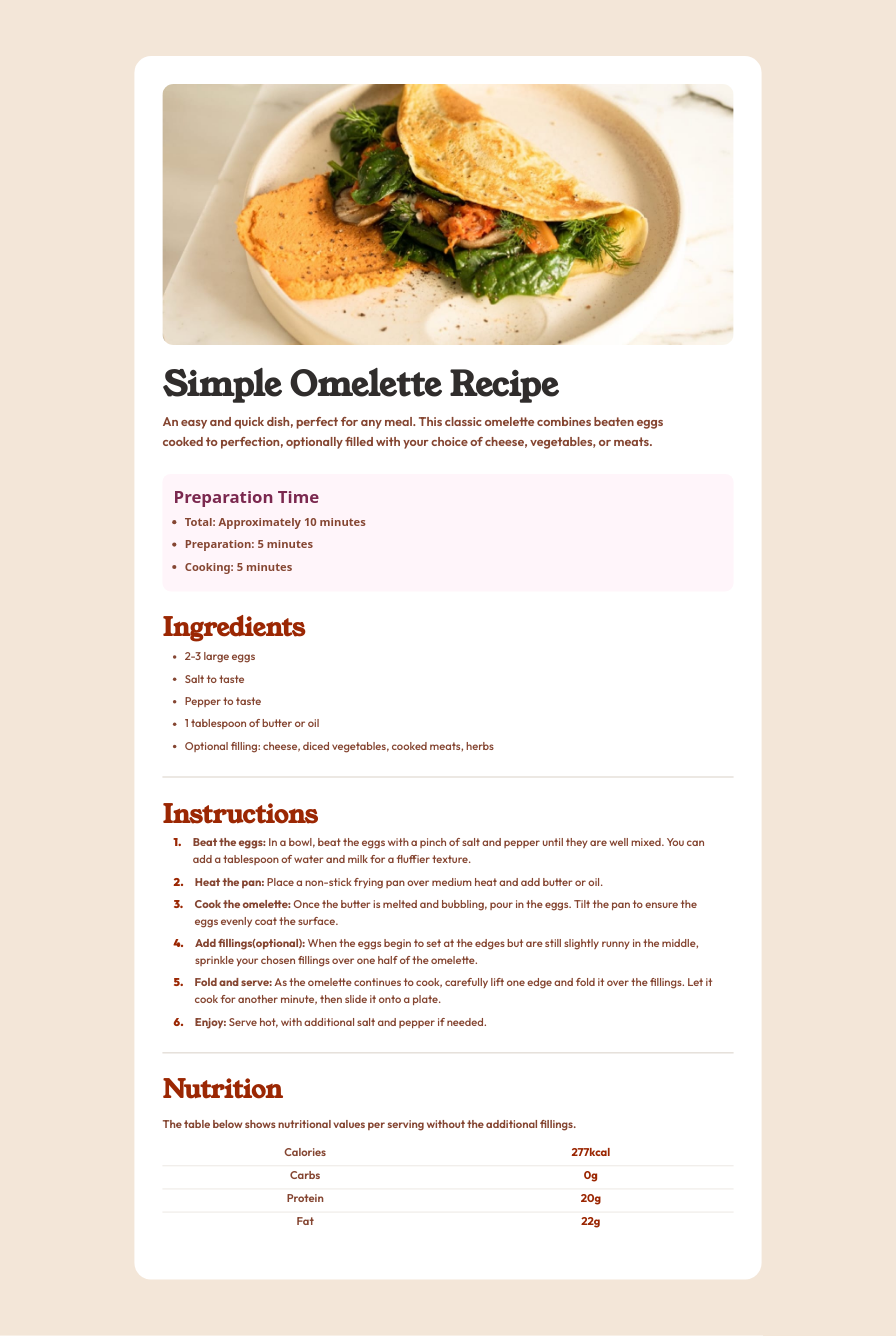
Repository: nivrii/recipe-page-main
Page: /
These files come from the project's save history. The page is drawn as it stood at one moment and after the next save; the edit follows.
The browser window is 1280 px wide. The pictures show the whole page, at 70% of full size.
The project was rebuilt for these pictures with package versions that can differ from the ones it lists, and the page was loaded fresh each time. Also part of the build but not shown: vite.config.js, src/index.css.

Above is the page before, as saved 2024-03-26 19:20:25.

After the next save:
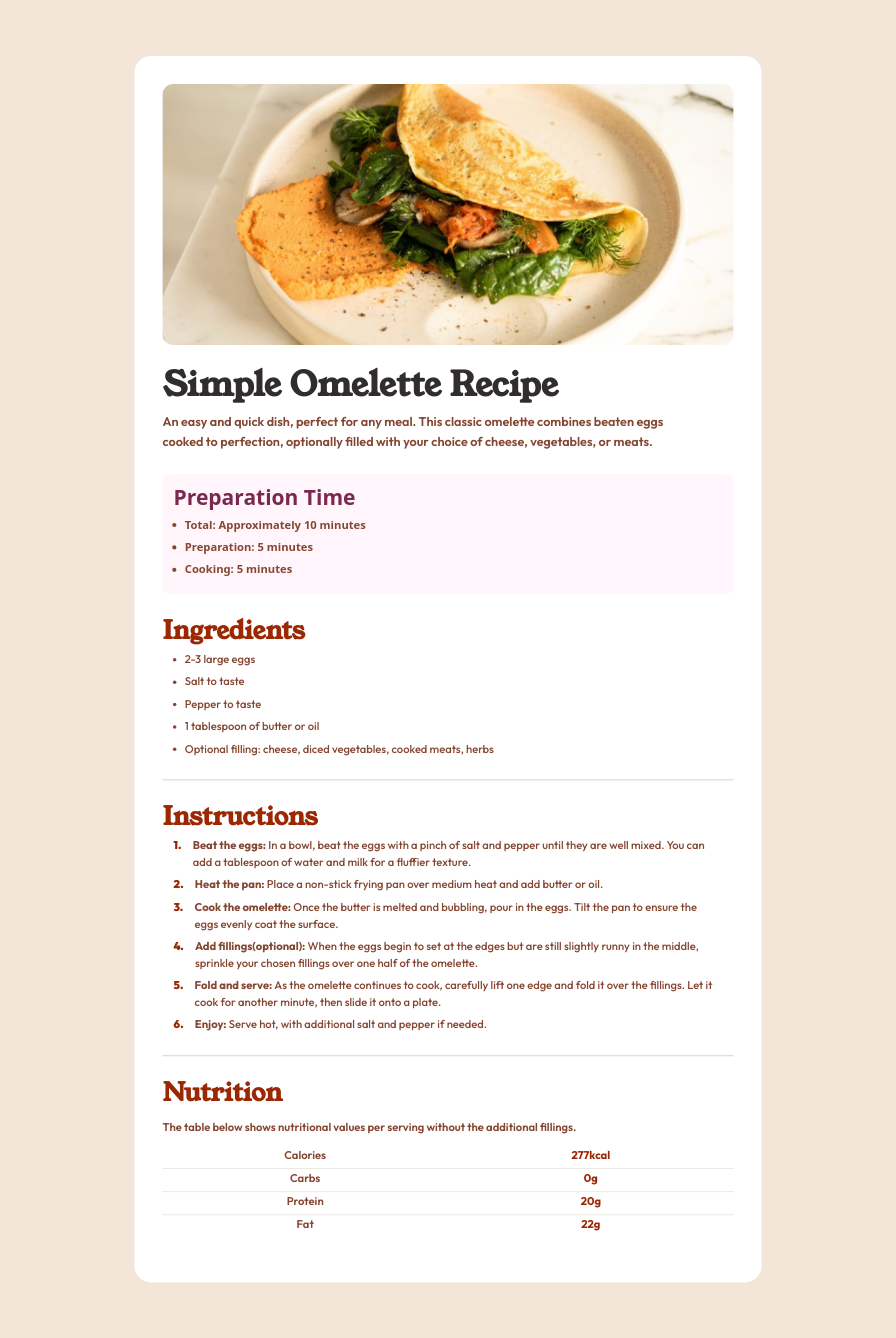
Saved 22 s later.
--- a/src/Prep.jsx
+++ b/src/Prep.jsx
@@ -1,6 +1,6 @@
 export function Prep() {
   return <div className="bg-roseWhite p-4 mx-8 rounded-xl md:mx-0">
-        <h1 className="text-left text-darkRaspberry text-2xl font-bold md:text-3x1">
+        <h1 className="text-left text-darkRaspberry text-3xl font-bold md:text-3x1">
           Preparation Time
         </h1>
         <ul className="list-disc px-4 text-nutmeg">

After the save that followed:
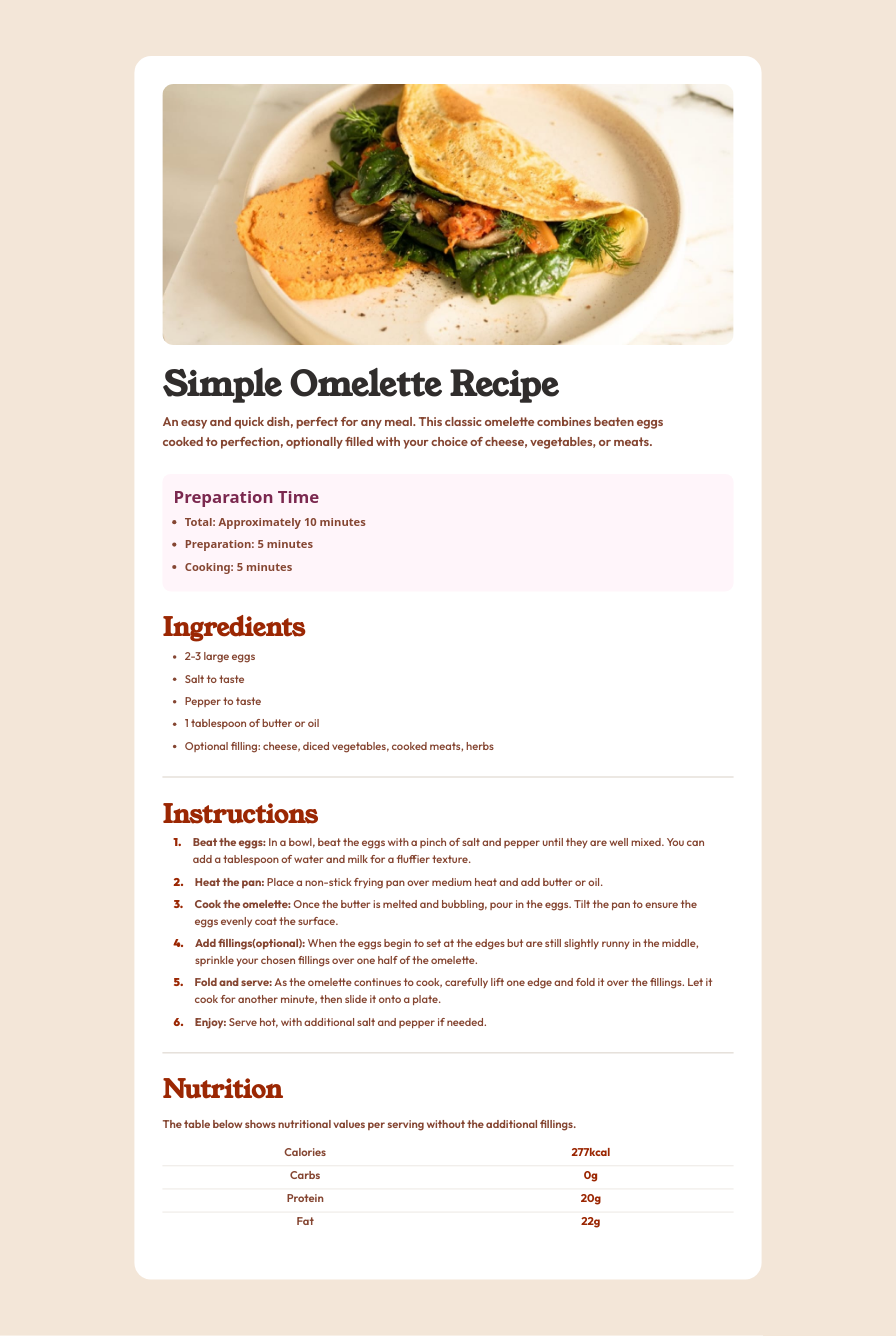
Saved 17 s later.
--- a/src/Prep.jsx
+++ b/src/Prep.jsx
@@ -1,6 +1,6 @@
 export function Prep() {
   return <div className="bg-roseWhite p-4 mx-8 rounded-xl md:mx-0">
-        <h1 className="text-left text-darkRaspberry text-3xl font-bold md:text-3x1">
+        <h1 className="text-left text-darkRaspberry text-2xl font-bold md:text-3x1">
           Preparation Time
         </h1>
         <ul className="list-disc px-4 text-nutmeg">
